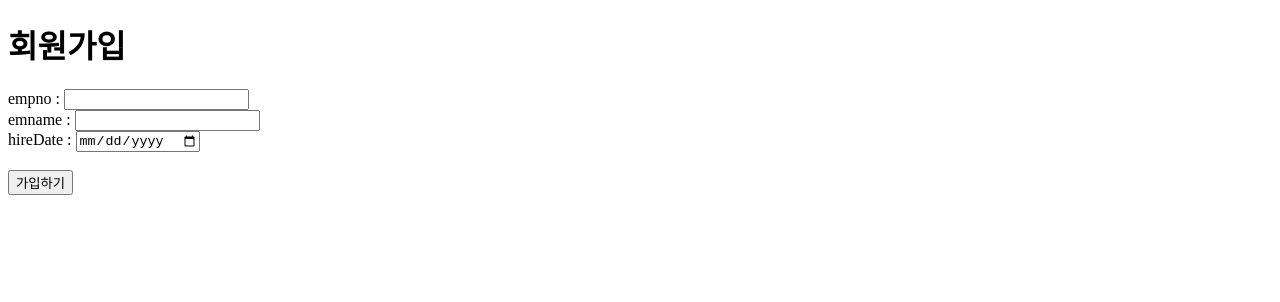
Repository: polikiki/Connor-s-team-projectt
Page: http://localhost/proj6_myBatis/emp0?cmd=join
The author's editor kept a copy of each file at every save. The page is drawn from the files as they stood at one save, then again after the next save.
The browser window is 1280 px wide. The pictures show the whole page.
The page is served by Tomcat 9. Other server files are loaded and not shown.

Above is the page before, as saved 2024-09-20 00:49:58.

### workspace_java/proj6_myBatis/src/main/webapp/WEB-INF/views/empjoin.jsp
<%@ page language="java" contentType="text/html; charset=UTF-8"
    pageEncoding="UTF-8"%>
<!DOCTYPE html>
<html>
<head>
<meta charset="UTF-8">
<title>Insert title here</title>
</head>
<body>
<h1>회원가입</h1>

<form method="post" action="emp0">
	empno : <input type="text" name="empno"><br>
	emname : <input type="text" name="ename"><br>
	hireDate : <input type="date" name="hireDate"><br>
	<br>
	<input type="submit" value="가입하기">
</form>
</body>
</html>

### workspace_java/proj6_myBatis/src/main/java/emp/crud/Emp0Servlet.java
package emp.crud;

import java.io.IOException;
import java.sql.Date;
import java.util.List;

import javax.servlet.ServletException;
import javax.servlet.annotation.WebServlet;
import javax.servlet.http.HttpServlet;
import javax.servlet.http.HttpServletRequest;
import javax.servlet.http.HttpServletResponse;

@WebServlet("/emp0")
public class Emp0Servlet extends HttpServlet {
	private static final long serialVersionUID = 1L;

	private boolean _DEBUG = true;

	protected void doGet(HttpServletRequest request, HttpServletResponse response) throws ServletException, IOException {

		String cmd = request.getParameter("cmd");
		EmpDAO empDAO = new EmpDAO();

		if(cmd == null) {

		List<EmpDTO> emplist = empDAO.selectEmp();

		request.setAttribute("emplist", emplist);

		request.getRequestDispatcher("/WEB-INF/views/emp.jsp").forward(request, response);
		}else if("join".equals(cmd)){

			request.getRequestDispatcher("/WEB-INF/views/empjoin.jsp").forward(request, response);
		}else if("edit".equals(cmd)) {

			// pk인 empno 확보
			String strEmpno = request.getParameter("empno");

			try {
				int empno = Integer.parseInt(strEmpno);

				// 특정 회원 정보 조회
				EmpDTO empDTO = empDAO.selectOneEmp(empno);
				// 정보를 request에 담아서
				request.setAttribute("empDTO", empDTO);
				request.setAttribute("cmd", "edit");
				// 상세 정보 페이지로 이동
				request.getRequestDispatcher("/WEB-INF/views/empjoin.jsp").forward(request, response);

			}catch (Exception e) {
				e.printStackTrace();
			}

		}

	}


	protected void doPost(HttpServletRequest request, HttpServletResponse response) throws ServletException, IOException {

		request.setCharacterEncoding("utf-8");
		response.setContentType("text/html; charset=utf-8;");

		String strEmpno = request.getParameter("empno");
		String ename = request.getParameter("ename");
		String strHireDate = request.getParameter("hireDate"); // 2024-09-19


		try {
			int empno = Integer.parseInt(strEmpno);

			EmpDTO empDTO = new EmpDTO();
			empDTO.setEmpno(empno);


			// delete 실행

			EmpDAO empDAO = new EmpDAO();
			int result = empDAO.DeleteEmp(empDTO);
			System.out.println("삭제 결과 :"+ result);

		}catch (Exception e) {
			if(_DEBUG) {
				e.printStackTrace();
			}
		}

		try {
			int empno = Integer.parseInt(strEmpno);
			Date hireDate = Date.valueOf(strHireDate);

			EmpDTO empDTO = new EmpDTO();
			empDTO.setEmpno(empno);
			empDTO.setEname(ename);
			empDTO.setHireDate(hireDate);

			// insert 실행

			EmpDAO empDAO = new EmpDAO();
			int result = empDAO.insertEmp(empDTO);
			System.out.println("회원 가입 결과 :"+ result);

		}catch (Exception e) {
			if(_DEBUG) {
				e.printStackTrace();
			}
		}
		response.sendRedirect("emp0");
	}


	protected void doDelete(HttpServletRequest request, HttpServletResponse response) throws ServletException, IOException {

	}

	protected void doPut(HttpServletRequest request, HttpServletResponse response) throws ServletException, IOException {



	}

}

### workspace_java/proj6_myBatis/src/main/java/emp/crud/EmpDAO.java
package emp.crud;

import java.io.Reader;
import java.util.List;
import java.util.Map;

import org.apache.ibatis.io.Resources;
import org.apache.ibatis.session.SqlSession;
import org.apache.ibatis.session.SqlSessionFactory;
import org.apache.ibatis.session.SqlSessionFactoryBuilder;

import emp.crud.EmpDTO;

public class EmpDAO {

	private  SqlSessionFactory sqlMapper = null;

    public  SqlSessionFactory getInstance() {
        if(sqlMapper == null) {
        	// DB 접속
        	// 자동 커밋 : sqlMapper.openSession()
        	// 수동 커밋 : sqlMapper.openSession(false)
            try {
                String res = "mybatis/SqlMapConfig.xml";
                Reader reader = Resources.getResourceAsReader(res);

                SqlSessionFactoryBuilder ssfb = new SqlSessionFactoryBuilder();
                sqlMapper = ssfb.build(reader);

                reader.close();
            }catch (Exception e) {
                e.printStackTrace();
            }
        }

        return sqlMapper;
    }

    public List<EmpDTO> selectEmp() {
    	List<EmpDTO> empList = null;

    	// SqlMapConfig.xml을 읽어옴
    	sqlMapper = getInstance();
    	if(sqlMapper != null) {

    		// DB 접속
        	SqlSession sqlSession = sqlMapper.openSession(true);

        	empList = sqlSession.selectList("mapper.emp.selectAllEmp");
        	System.out.println("empList.size :" + empList.size());
    	} else {
    		System.out.println("DB 접속 실패");
    	}

    	return empList;
    }



    public int insertEmp(EmpDTO empDTO) {
    	int result = -1;

    	// SqlMapConfig.xml을 읽어옴
    	sqlMapper = getInstance();
    	if(sqlMapper != null) {

    		// DB 접속
    		// 자동 커밋 : sqlMapper.openSession()
    		// 수동 커밋 : sqlMapper.openSession(false)
        	SqlSession sqlSession = sqlMapper.openSession(true);

        	try {
        		System.out.println(empDTO);
        		result = sqlSession.update("mapper.emp.param.insertEmp", empDTO);
        	}catch (Exception e) {
        		e.printStackTrace();
			}
    	} else {
    		System.out.println("DB 접속 실패");
    	}

    	return result;
    }

    public int DeleteEmp(EmpDTO empDTO) {
    	int result = -1;

    	// SqlMapConfig.xml을 읽어옴
    	sqlMapper = getInstance();
    	if(sqlMapper != null) {

    		// DB 접속
        	SqlSession sqlSession = sqlMapper.openSession(true);

        	try {
        		System.out.println(empDTO);
        		result = sqlSession.delete("mapper.emp.param.deleteEmp", empDTO);
        	}catch (Exception e) {
        		e.printStackTrace();
			}
    	} else {
    		System.out.println("DB 접속 실패");
    	}

    	return result;
    }

    public EmpDTO selectOneEmp(int empno) {
    	EmpDTO empDTO = null;

    	// SqlMapConfig.xml을 읽어옴
    	sqlMapper = getInstance();
    	if(sqlMapper != null) {

    		// DB 접속
        	SqlSession sqlSession = sqlMapper.openSession();

        	try {
        		empDTO = sqlSession.selectOne("mapper.emp.param.selectOneEmp");
        	}catch (Exception e) {
        		e.printStackTrace();
			}
    	} else {
    		System.out.println("DB 접속 실패");
    	}

    	return empDTO;
    }

}

After the next save:
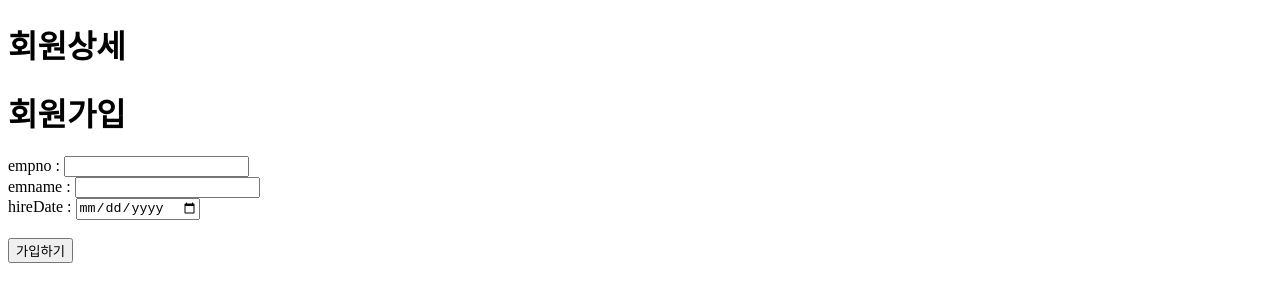
Saved 13 min 56 s later.
--- a/workspace_java/proj6_myBatis/src/main/webapp/WEB-INF/views/empjoin.jsp
+++ b/workspace_java/proj6_myBatis/src/main/webapp/WEB-INF/views/empjoin.jsp
@@ -7,6 +7,10 @@
 <title>Insert title here</title>
 </head>
 <body>
+<c:if test="${cmd == "detail"}">
+<h1>회원상세</h1>
+</c:if>
+
 <h1>회원가입</h1>
 
 <form method="post" action="emp0">
